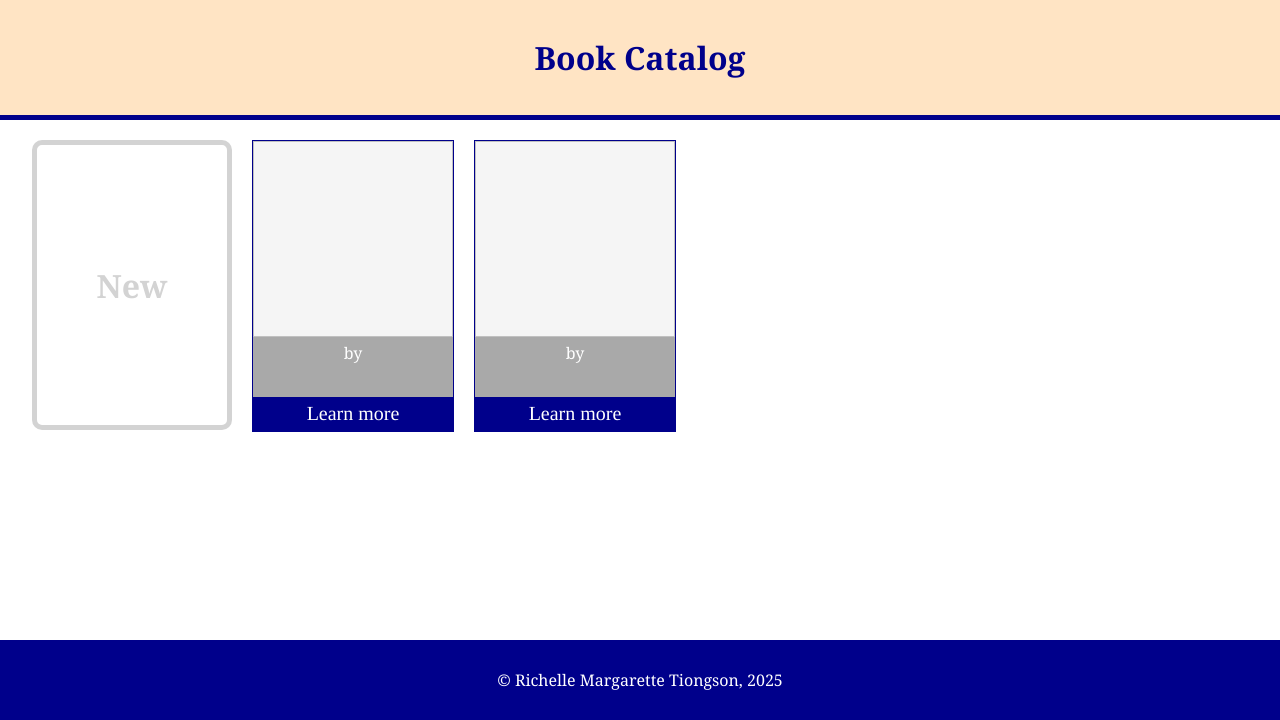
Repository: richelletiongson/comp3170_lab01
Page: /
The author's editor kept a copy of each file at every save. The page is drawn from the files as they stood at one save, then again after the next save.
The browser window is 1280 px wide. The pictures show the whole page.
The page's requests for data from a server got no answer. The project was rebuilt for these pictures with package versions that can differ from the ones it lists, and the page was loaded fresh each time. No one was signed in, and anything a server would have sent is missing. Also part of the build but not shown: vite.config.js.

Above is the page before, as saved 2025-09-14 02:38:56.

### index.html
<!doctype html>
<html lang="en">
  <head>
    <meta charset="UTF-8" />
    <link rel="stylesheet" href="src/index.css"/>
    <meta name="viewport" content="width=device-width, initial-scale=1.0" />
    <title>Book Catalog</title>
  </head>
  <body>
    <div id="root"></div>
    <script type="module" src="/src/main.jsx"></script>
  </body>
</html>

### src/index.css
* {
  margin: 0;
  padding: 0;
}

body {
  font-family: 'Georgia', 'Times New Roman', serif;
  height: 100vh;
  display: flex;
  flex-direction: column;
}

.app {
  display: flex;
  flex-direction: column;
  min-height: 100vh;
  gap: 20px;
}

.header {
  background-color: bisque;
  height: 115px;
  display: flex;
  align-items: center;
  justify-content: center;
  border-bottom: 5px solid darkblue;
}

.header-title {
  color: darkblue;
  font-size: 32px;
  font-weight: bold;
  text-align: center;
  margin: 0;
}

.book {
  display: flex;
  flex-direction: column;
  justify-content: end;
  border: solid 1px darkblue;
  height:290px;
  width:200px;
}

.book-image-container {
  height: 200px;
  width: 100%;
  overflow: hidden;
  display: flex;
  align-items: center;
  justify-content: center;
  background-color: #f5f5f5;
}

.book-image {
  width: 100%;
  height: 100%;
  object-fit: cover;
  object-position: center;
}

.author {
  height: 50px;
  padding: 5px 7px;
  background-color: darkgrey;
  color: #FFFFFF;
  text-align: center;
}

.author-name {
  font-weight: bold;
}

.learn {
  font-family: 'Georgia, Times New Roman', Times, serif;
  font-size: 20px;
  border: none;
  height: 35px;
  background-color: darkblue;
  color: #FFFFFF;
}

.new {
  border: solid 5px lightgray;
  border-radius: 10px;
  height:290px;
  width:200px;
  font-family: 'Georgia', 'Times New Roman', serif;
  background-color: #FFFFFF;
  color: lightgray;
  font-size: 32px;
  font-weight: bold;
}

.main-content {
  flex: 1;
  background-color: #FFFFFF;
  padding: 0 2rem;
}

.content {
  display: flex;
  flex-direction: row;
  justify-content:flex-start;
  gap: 20px;
}

.footer {
  background-color: darkblue;
  height: 80px;
  display: flex;
  align-items: center;
  justify-content: center;
}

.footer-text {
  color: #FFFFFF;
  font-size: 1rem;
  margin: 0;
  text-align: center;
}

### src/App.jsx
import './index.css'
import Book from './Book'

function App() {
  return (
    <div className="app">
      <header className="header">
        <h1 className="header-title">Book Catalog</h1>
      </header>

      <main className="main-content">
        <div className="content">
          <button className="new">New</button>

          <Book
            image="https://api.itbook.store/1.0/books/9781642002270"
            title=""
            author=""
            url=""
          />

          <Book
            image="https://api.itbook.store/1.0/books/9781484241844"
            title=""
            author=""
            url=""
          />
        </div>
      </main>

      <footer className="footer">
        <p className="footer-text">© Richelle Margarette Tiongson, 2025</p>
      </footer>
    </div>
  );
}

export default App;

### src/Book.jsx
import './index.css'
import { useState, useEffect } from 'react'

function Book(props) {
    const [bookData, setBookData] = useState(null);

    // Fetch book data when component mounts
    useEffect(() => {
        const getBook = async () => {
            try {
                // response is the promise object that get returned when we ask for the book data.
                // eventually, the object will update with either: the data we asked for, or an error.
                const response = await fetch(props.image);

                // bookData is the data is the data we are pulling off of the object, and then formatting with JSON
                const data = await response.json();
                console.log(JSON.stringify(data));

                setBookData(data);
            } catch (error) {
                console.log("the error is " + error);
            }
        };

        getBook();
    }, [props.image]);

    // Handle Learn more button click
    const handleLearnMoreClick = () => {
        if (bookData && bookData.url) {
            window.open(bookData.url, '_blank', 'noopener,noreferrer');
        }
    };

    return (
        <div className="book">
            <div className="book-image-container">
                <img src={bookData?.image} alt={bookData?.title} className="book-image" />
            </div>
            <div className="author">
                <p>by</p>
                <p className="author-name">{bookData?.authors}</p>
            </div>
            <button className="learn" onClick={handleLearnMoreClick}>
                Learn more
            </button>
        </div>
    );
}

export default Book;

Loaded but not shown: src/main.jsx (common file)

After the next save:
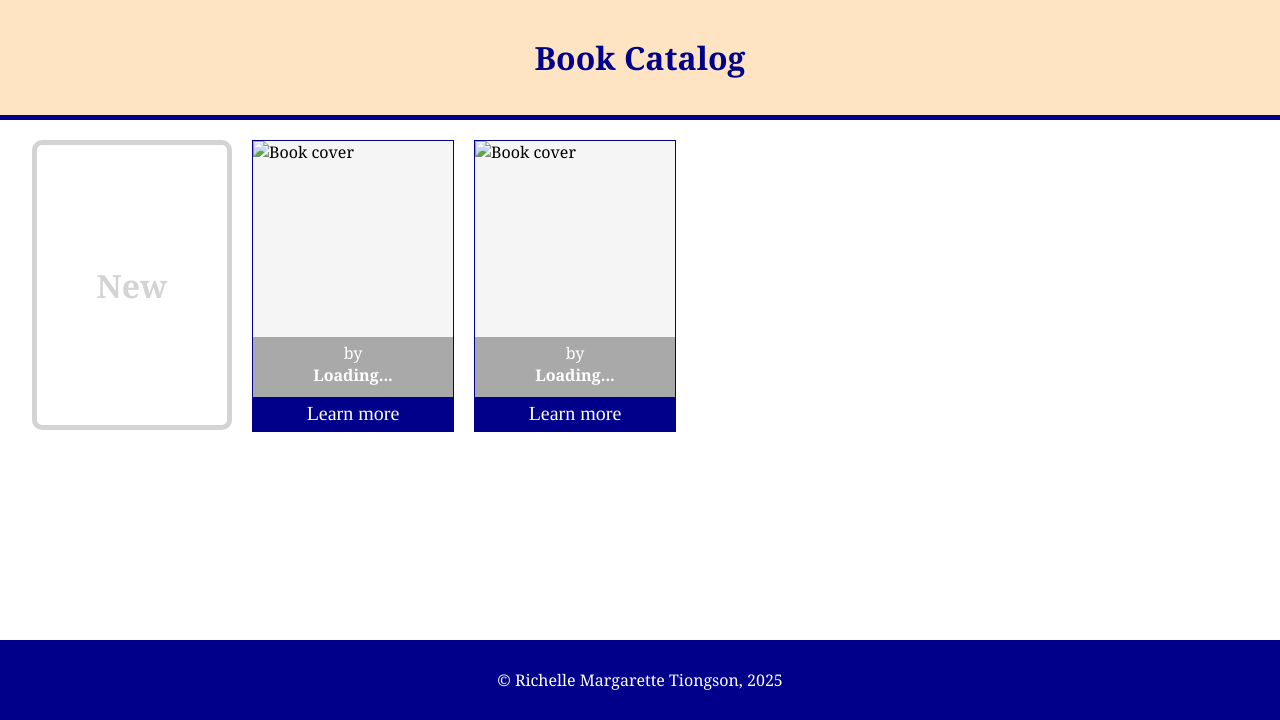
Saved 8 s later.
--- a/src/Book.jsx
+++ b/src/Book.jsx
@@ -1,45 +1,40 @@
 import './index.css'
-import { useState, useEffect } from 'react'
 
 function Book(props) {
-    const [bookData, setBookData] = useState(null);
+    // Async function to fetch book data
+    const getBook = async (url) => {
+        try {
+            // response is the promise object that get returned when we ask for the book data.
+            // eventually, the object will update with either: the data we asked for, or an error.
+            const response = await fetch(url);
 
-    // Fetch book data when component mounts
-    useEffect(() => {
-        const getBook = async () => {
-            try {
-                // response is the promise object that get returned when we ask for the book data.
-                // eventually, the object will update with either: the data we asked for, or an error.
-                const response = await fetch(props.image);
+            // bookData is the data is the data we are pulling off of the object, and then formatting with JSON
+            const bookData = await response.json();
+            console.log(JSON.stringify(bookData));
 
-                // bookData is the data is the data we are pulling off of the object, and then formatting with JSON
-                const data = await response.json();
-                console.log(JSON.stringify(data));
+            // Open the book URL in a new tab
+            if (bookData.url) {
+                window.open(bookData.url, '_blank', 'noopener,noreferrer');
+            }
 
-                setBookData(data);
-            } catch (error) {
-                console.log("the error is " + error);
-            }
-        };
-
-        getBook();
-    }, [props.image]);
+        } catch (error) {
+            console.log("the error is " + error);
+        }
+    };
 
     // Handle Learn more button click
     const handleLearnMoreClick = () => {
-        if (bookData && bookData.url) {
-            window.open(bookData.url, '_blank', 'noopener,noreferrer');
-        }
+        getBook(props.image);
     };
 
     return (
         <div className="book">
             <div className="book-image-container">
-                <img src={bookData?.image} alt={bookData?.title} className="book-image" />
+                <img src="" alt="Book cover" className="book-image" />
             </div>
             <div className="author">
                 <p>by</p>
-                <p className="author-name">{bookData?.authors}</p>
+                <p className="author-name">Loading...</p>
             </div>
             <button className="learn" onClick={handleLearnMoreClick}>
                 Learn more
